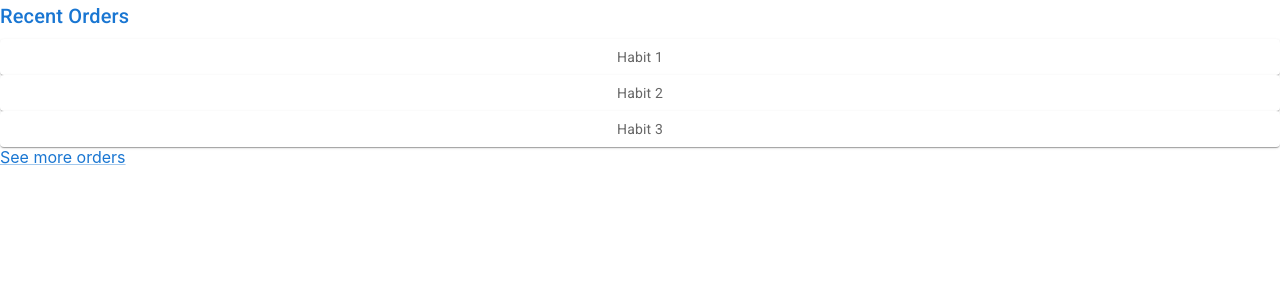
Repository: zhiyuan-Z/habit-tracking-community
Page: /Orders
The author's editor kept a copy of each file at every save. The page is drawn from the files as they stood at one save, then again after the next save.
The browser window is 1280 px wide. The pictures show the whole page.
The project was rebuilt for these pictures with package versions that can differ from the ones it lists, and the page was loaded fresh each time. The framework's server and built-in components were replaced by stand-ins that run in the browser. Also part of the build but not shown: next.config.js.

Above is the page before, as saved 2022-04-19 00:18:16.

### pages/_document.tsx
import * as React from 'react';
import Document, { Html, Head, Main, NextScript } from 'next/document';
import createEmotionServer from '@emotion/server/create-instance';
import theme from '../src/theme';
import createEmotionCache from '../src/createEmotionCache';

export default class MyDocument extends Document {
  render() {
    return (
      <Html lang="en">
        <Head>
          {/* PWA primary color */}
          <meta name="theme-color" content={theme.palette.primary.main} />
          <link rel="shortcut icon" href="/static/favicon.ico" />
          <link
            rel="stylesheet"
            href="https://fonts.googleapis.com/css?family=Roboto:300,400,500,700&display=swap"
          />
          {/* Inject MUI styles first to match with the prepend: true configuration. */}
          {(this.props as any).emotionStyleTags}
        </Head>
        <body>
          <Main />
          <NextScript />
        </body>
      </Html>
    );
  }
}

// `getInitialProps` belongs to `_document` (instead of `_app`),
// it's compatible with static-site generation (SSG).
MyDocument.getInitialProps = async (ctx) => {
  // Resolution order
  //
  // On the server:
  // 1. app.getInitialProps
  // 2. page.getInitialProps
  // 3. document.getInitialProps
  // 4. app.render
  // 5. page.render
  // 6. document.render
  //
  // On the server with error:
  // 1. document.getInitialProps
  // 2. app.render
  // 3. page.render
  // 4. document.render
  //
  // On the client
  // 1. app.getInitialProps
  // 2. page.getInitialProps
  // 3. app.render
  // 4. page.render

  const originalRenderPage = ctx.renderPage;

  // You can consider sharing the same emotion cache between all the SSR requests to speed up performance.
  // However, be aware that it can have global side effects.
  const cache = createEmotionCache();
  const { extractCriticalToChunks } = createEmotionServer(cache);

  ctx.renderPage = () =>
    originalRenderPage({
      enhanceApp: (App: any) =>
        function EnhanceApp(props) {
          return <App emotionCache={cache} {...props} />;
        },
    });

  const initialProps = await Document.getInitialProps(ctx);
  // This is important. It prevents emotion to render invalid HTML.
  // See https://github.com/mui/material-ui/issues/26561#issuecomment-855286153
  const emotionStyles = extractCriticalToChunks(initialProps.html);
  const emotionStyleTags = emotionStyles.styles.map((style) => (
    <style
      data-emotion={`${style.key} ${style.ids.join(' ')}`}
      key={style.key}
      // eslint-disable-next-line react/no-danger
      dangerouslySetInnerHTML={{ __html: style.css }}
    />
  ));

  return {
    ...initialProps,
    emotionStyleTags,
  };
};

### pages/Orders.tsx
import * as React from 'react';
import Link from '@mui/material/Link';
import Paper from '@mui/material/Paper';
import Stack from '@mui/material/Stack';
import Title from './Title';
import { styled } from '@mui/material/styles';

// Generate Order Data
const Item = styled(Paper)(({ theme }) => ({
    backgroundColor: theme.palette.mode === 'dark' ? '#1A2027' : '#fff',
    ...theme.typography.body2,
    padding: theme.spacing(1),
    textAlign: 'center',
    color: theme.palette.text.secondary,
  }));


function preventDefault(event: React.MouseEvent) {
  event.preventDefault();
}

export default function Orders() {
  return (
    <React.Fragment>
      <Title>Recent Orders</Title>
      <Stack>
        <Item>Habit 1</Item>
        <Item>Habit 2</Item>
        <Item>Habit 3</Item>
      </Stack>
      <Link color="primary" href="#" onClick={preventDefault} sx={{ mt: 3 }}>
        See more orders
      </Link>
    </React.Fragment>
  );
}

Loaded but not shown: pages/_app.tsx (common file); styles/globals.css (common file); src/theme.ts (common file); src/createEmotionCache.ts (common file); pages/Title.tsx (common file)

After the next save:
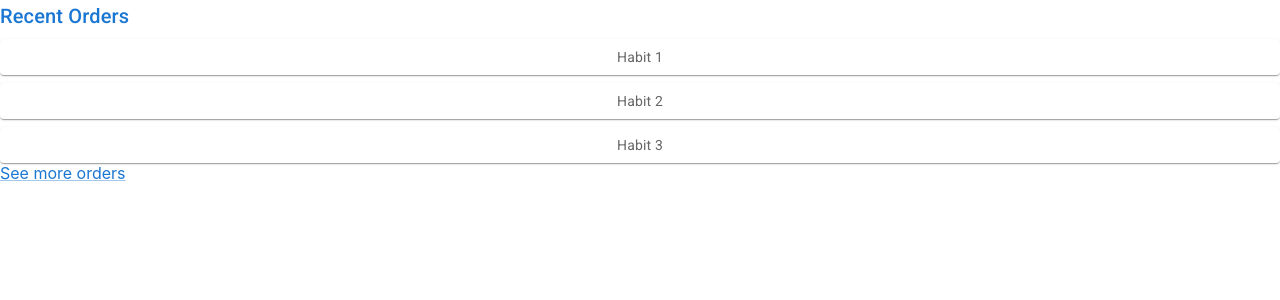
Saved 1 s later.
--- a/pages/Orders.tsx
+++ b/pages/Orders.tsx
@@ -23,7 +23,7 @@ export default function Orders() {
   return (
     <React.Fragment>
       <Title>Recent Orders</Title>
-      <Stack>
+      <Stack spacing={1}>
         <Item>Habit 1</Item>
         <Item>Habit 2</Item>
         <Item>Habit 3</Item>
